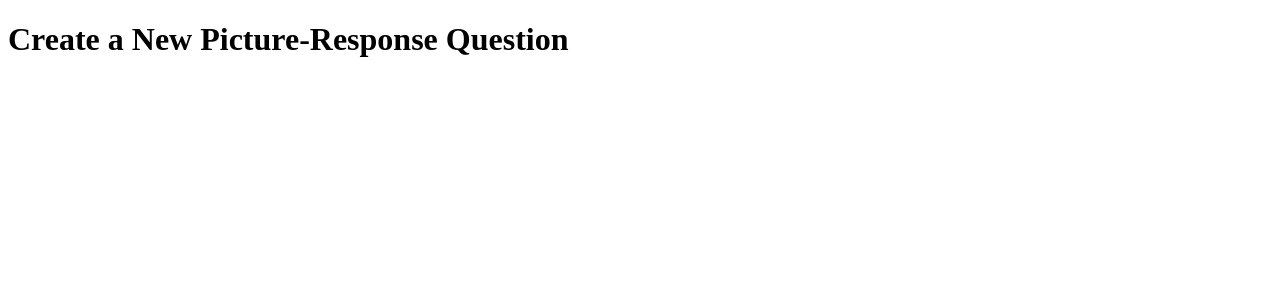
Repository: sarahhtn/CS108_final_project
Page: QuizWebsite/WebContent/CreatePR.html
An editor plug-in stored every save of this project. The page is shown before and after the next save, followed by the edit.
The browser window is 1280 px wide. The pictures show the whole page.

Above is the page before, as saved 2013-11-16 21:45:27.

After the next save:
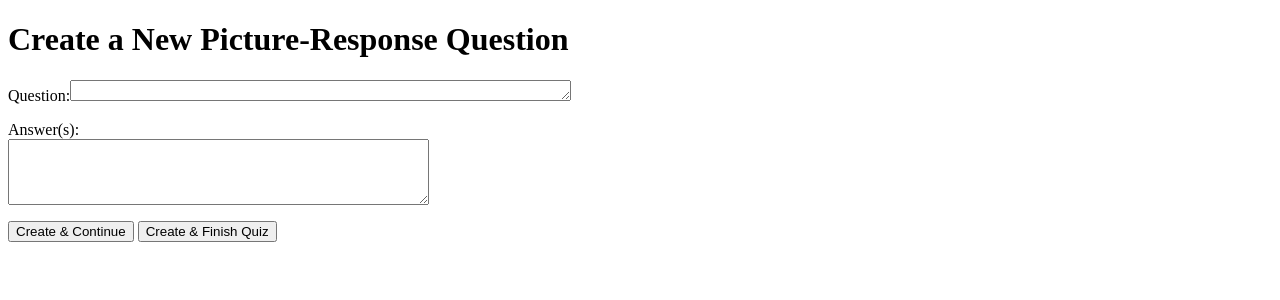
Saved 11 s later.
--- a/QuizWebsite/WebContent/CreatePR.html
+++ b/QuizWebsite/WebContent/CreatePR.html
@@ -7,5 +7,12 @@
 <body>
 <h1>Create a New Picture-Response Question</h1>
 
+<form action="QRServlet" method="post">
+<p>Question:<textarea rows = "1" cols = "60" name="question"></textarea> </p>
+<p>Answer(s): <br> <textarea rows = "4" cols = "50" name="answer"></textarea> </p>
+<input type="submit" value="Create & Continue"/>
+<input type="submit" value="Create & Finish Quiz"/>
+</form>
+
 </body>
 </html>
